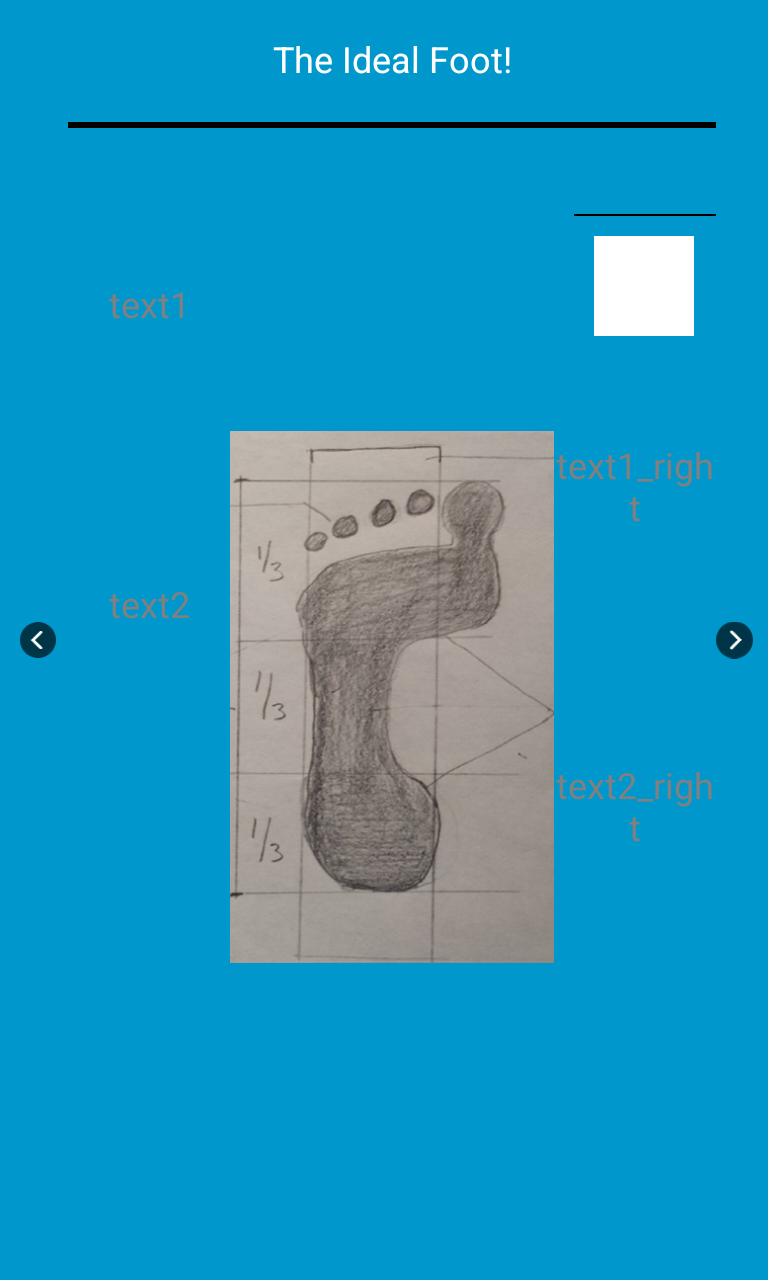
Repository: nanoweb12/GoodFeetAppNew
Layout: GoodFeetapp/res/layout/ideal_foot.xml
An editor plug-in stored every save of this project. The layout is shown before and after the next save, followed by the edit.
It is drawn on a 768 x 1280 px phone screen (xhdpi) without system bars, with theme MyTheme; the app's code is not run.

Above is the layout before, as saved 2015-02-20 12:29:12.

After the next save:
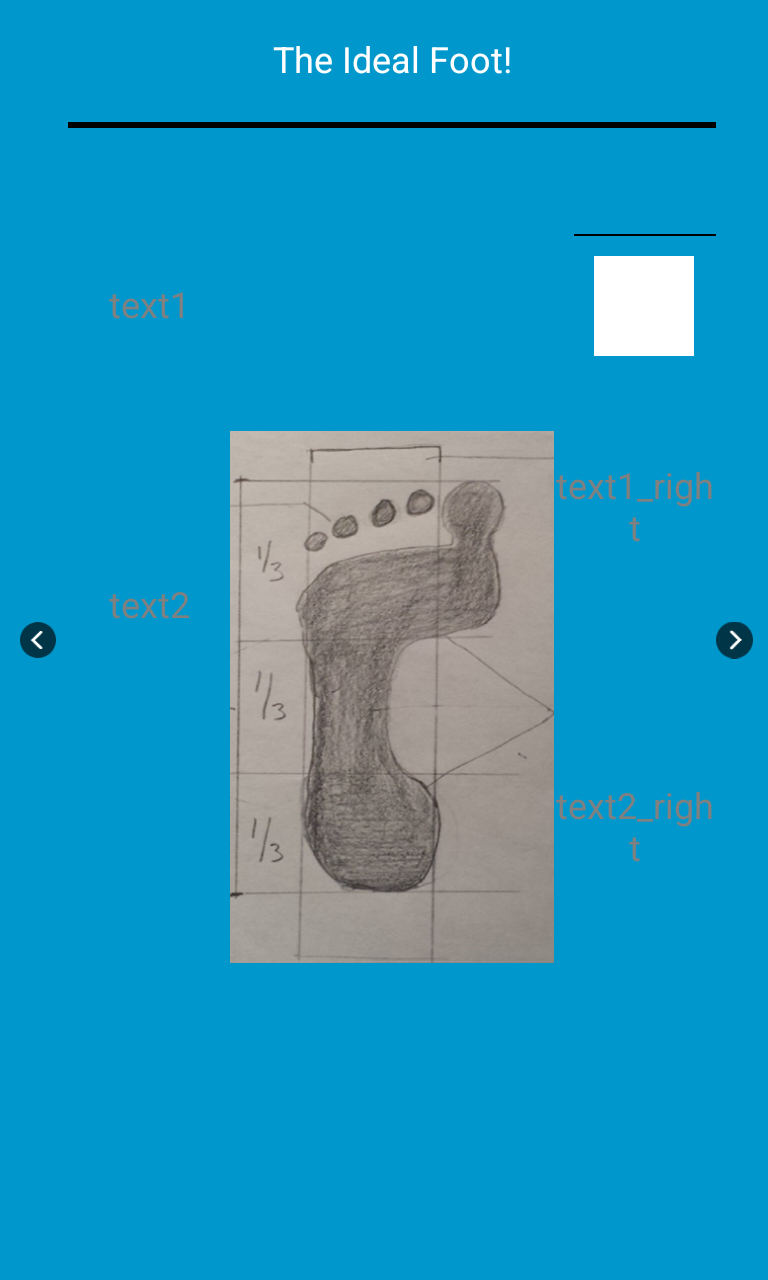
Saved 14 s later.
--- a/GoodFeetapp/res/layout/ideal_foot.xml
+++ b/GoodFeetapp/res/layout/ideal_foot.xml
@@ -95,7 +95,7 @@
                   <View
             android:layout_width="match_parent"
             android:layout_height="1dp"
-           android:layout_marginTop="40dp"
+           android:layout_marginTop="50dp"
                     android:layout_marginLeft="10dp"
 
 
